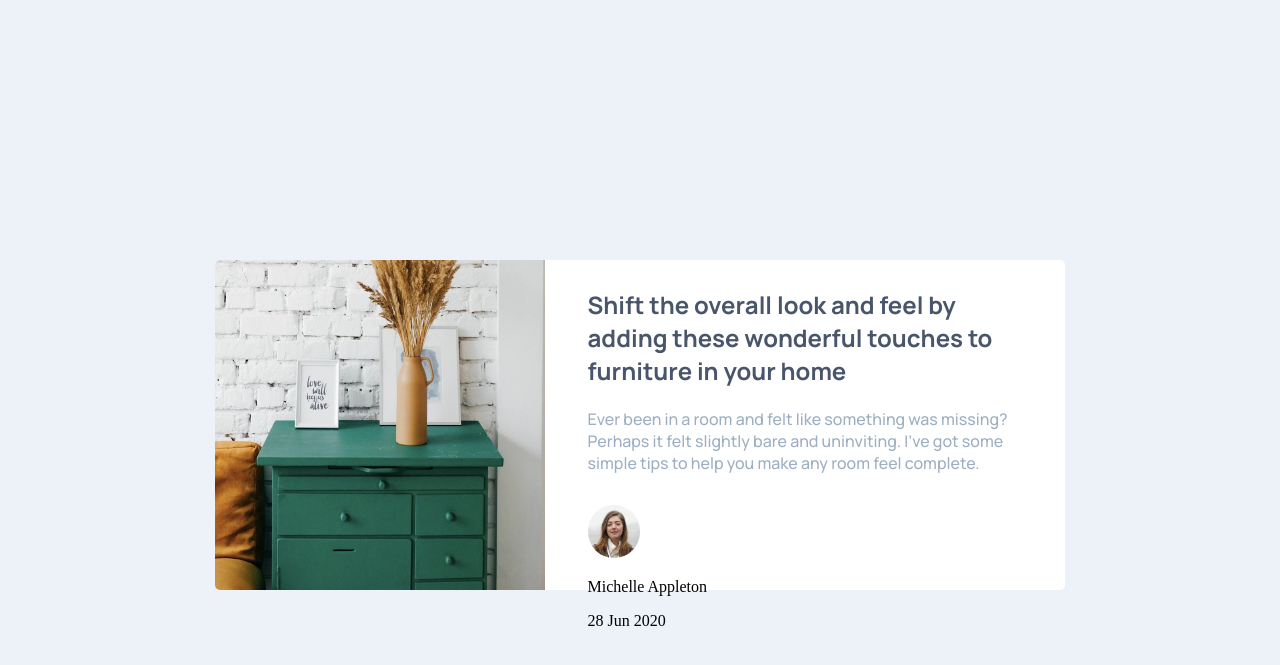
Repository: ricky603/training-css
Page: article-preview-component-master/index.html
An editor plug-in stored every save of this project. The page is shown before and after the next save, followed by the edit.
The browser window is 1280 px wide. The pictures show the whole page.

Above is the page before, as saved 2020-09-09 09:09:33.

### article-preview-component-master/index.html
<!DOCTYPE html>
<html lang="en">

<head>
    <meta charset="UTF-8">
    <meta name="viewport" content="width=device-width, initial-scale=1.0">
    <!-- displays site properly based on user's device -->

    <link rel="icon" type="image/png" sizes="32x32" href="./images/favicon-32x32.png">
    <link rel="stylesheet" href="./styles.css">
    <link href="https://fonts.googleapis.com/css2?family=Manrope:wght@500;700&display=swap" rel="stylesheet">

    <title>Frontend Mentor | Article preview component</title>

    <!-- Feel free to remove these styles or customise in your own stylesheet 👍 -->
</head>

<body>
    <div class="article">
        <div id="image">
            <img src="./images/drawers.jpg" class="drawer">
        </div>

        <div class="post">
            <div class="head">
                <h2>Shift the overall look and feel by adding these wonderful touches to furniture in your home</h2>
            </div>
            <div class="body">
                <p>Ever been in a room and felt like something was missing? Perhaps it felt slightly bare and uninviting. I’ve got some simple tips to help you make any room feel complete.</p>
            </div>
            <div class="avatar">
                <img src="./images/avatar-michelle.jpg" class="profile">
                <div class="name">
                    <p>Michelle Appleton</p>
                    <p>28 Jun 2020</p>
                </div>
            </div>
        </div>
    </div>


</body>

</html>

<!--

  Ever been in a room and felt like something was missing? Perhaps
  it felt slightly bare and uninviting. I’ve got some simple tips
  to help you make any room feel complete.

  Michelle Appleton
  28 Jun 2020

  Share -->

### article-preview-component-master/styles.css
body {
    background-color: hsl(210, 46%, 95%);
}

h2 {
    font-family: 'Manrope';
    font-weight: 700;
}

#image {
    display: inline-block;
}

.post {
    position: absolute;
    width: 52%;
    display: inline-block;
    margin: 1% 5% 0 5%;
}

.body {
    position: relative;
    display: inline-block;
    font-family: 'Manrope';
    font-weight: 500;
    font-size: 16px;
    color: hsl(212, 23%, 69%);
    bottom: 15px;
}

.head {
    display: inline-block;
    color: hsl(217, 19%, 35%);
}

.article {
    position: fixed;
    width: 850px;
    height: 330px;
    background-color: white;
    margin: auto;
    top: 50%;
    left: 50%;
    margin-top: -100px;
    margin-left: -425px;
    border-radius: 5px;
}

.drawer {
    width: 330px;
    height: 330px;
    border-radius: 5px 0 0 5px;
}

.attribution {
    font-size: 11px;
    text-align: center;
}

.attribution a {
    color: hsl(228, 45%, 44%);
}

.avatar {
    display: inline-block;
}

.profile {
    height: 30%;
    width: 30%;
    border-radius: 100%;
}

After the next save:
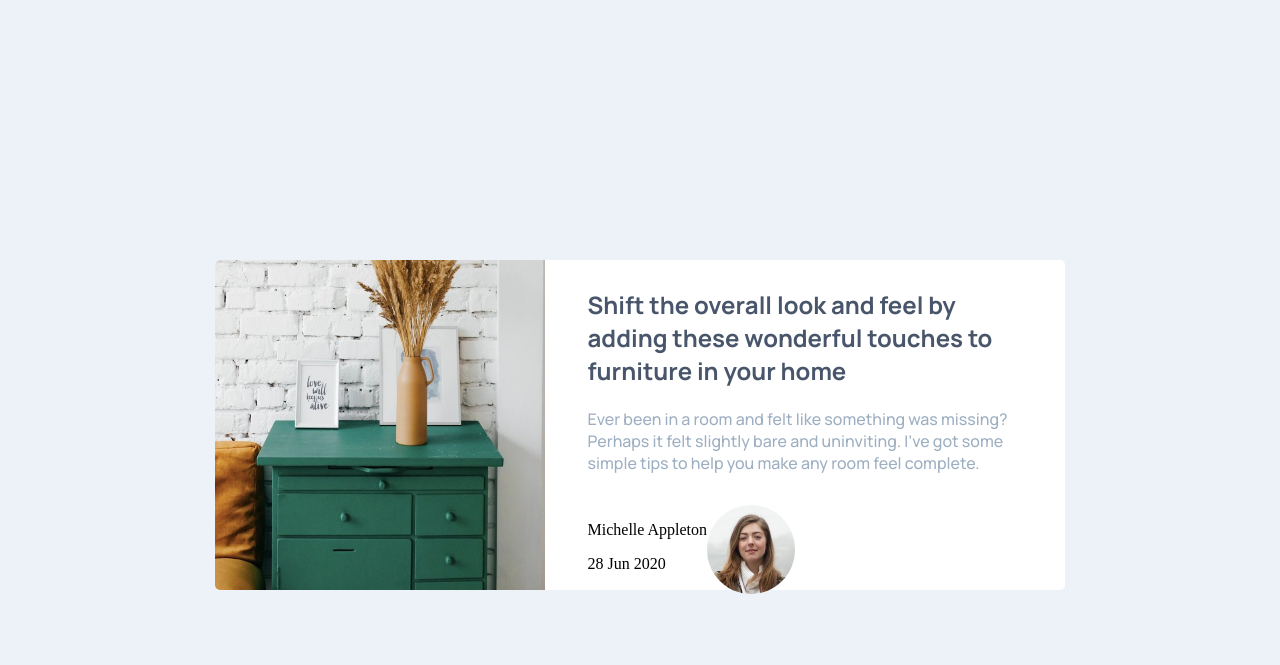
Saved 17 s later.
--- a/article-preview-component-master/styles.css
+++ b/article-preview-component-master/styles.css
@@ -70,3 +70,7 @@ h2 {
     width: 30%;
     border-radius: 100%;
 }
+
+.name {
+    float: left;
+}
